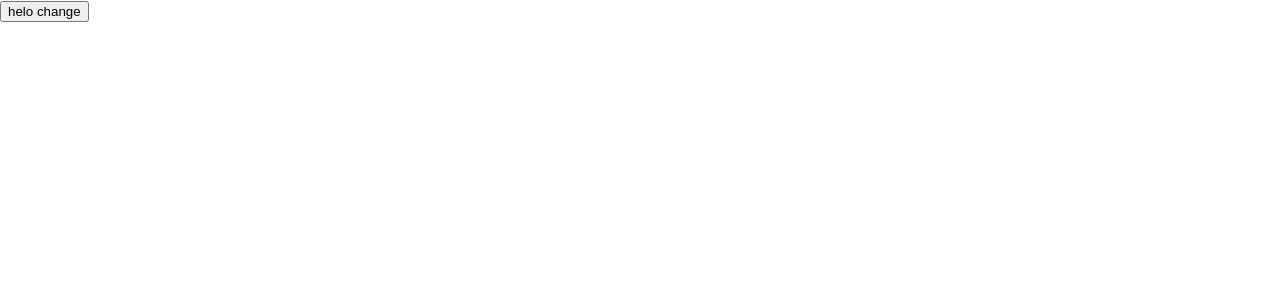
Repository: Rubin78/Firstairport
Page: /
The author's editor kept a copy of each file at every save. The page is drawn from the files as they stood at one save, then again after the next save.
The browser window is 1280 px wide. The pictures show the whole page.
The project was rebuilt for these pictures with package versions that can differ from the ones it lists, and the page was loaded fresh each time.

Above is the page before, as saved 2021-03-12 14:37:37.

After the next save:
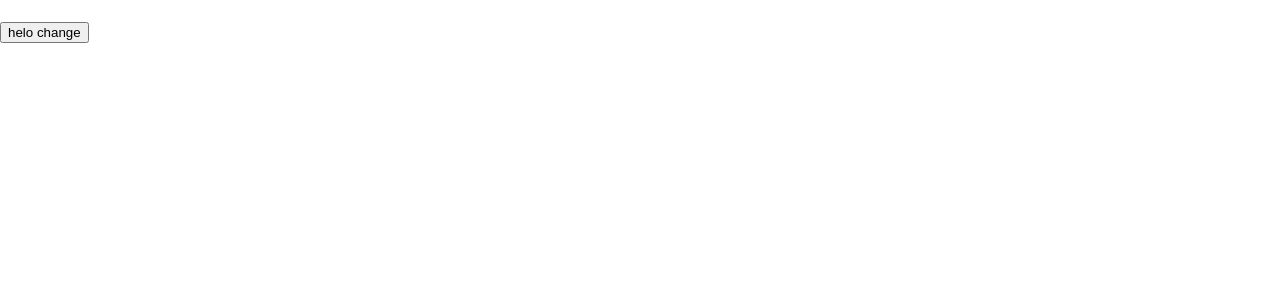
Saved 53 s later.
--- a/src/App.js
+++ b/src/App.js
@@ -524,6 +524,8 @@ export default class App extends Component {
   render() {
     return (
       <div>
+        <h1>{this.brand}</h1>
+        <h1>{this.car}</h1>
         <button onClick={this.changeWords}>helo change </button>
       </div>
     );
